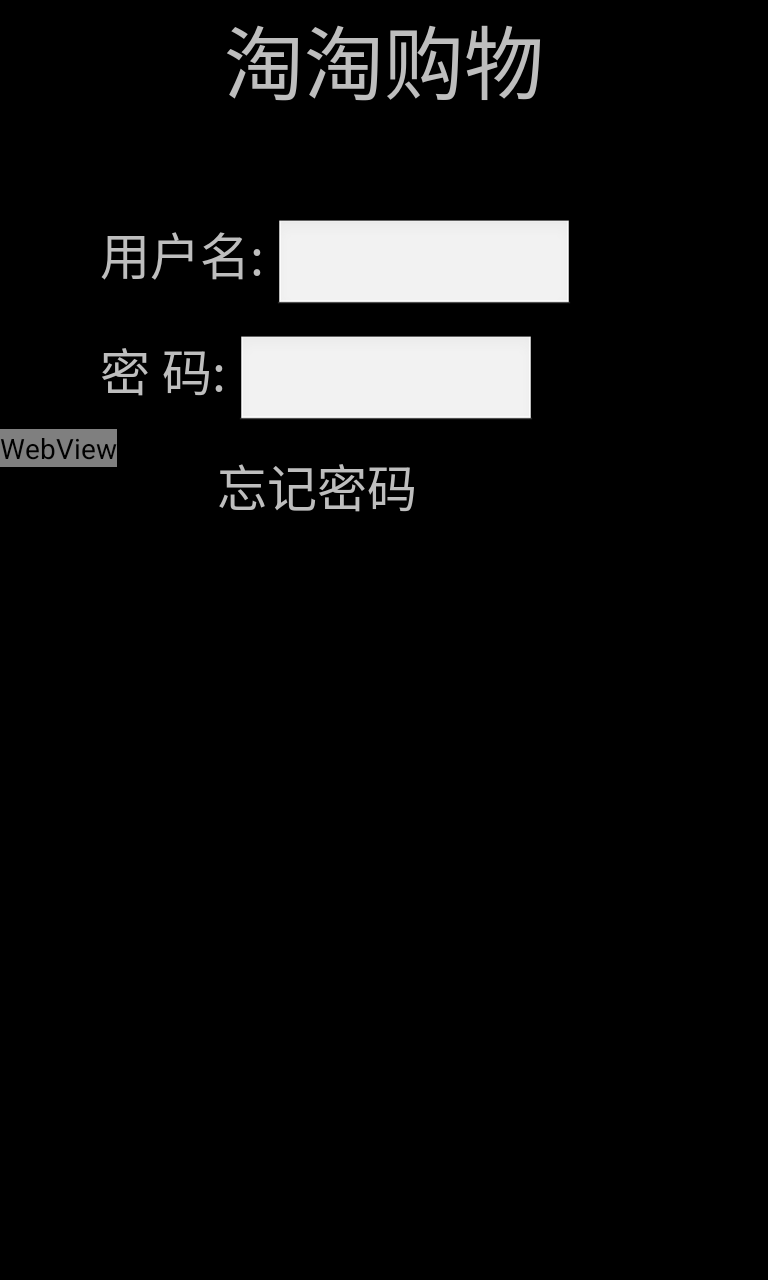
Repository: jcyfkimi/Android-TaoTao
Layout: TaoTao/res/layout/login.xml
An editor plug-in stored every save of this project. The layout is shown before and after the next save, followed by the edit.
Pictures or frames that could not be fetched are drawn as grey boxes. It is drawn on a 768 x 1280 px phone screen (xhdpi) without system bars, with theme android:Theme; the app's code is not run.

Above is the layout before, as saved 2011-09-13 06:17:53.

After the next save:
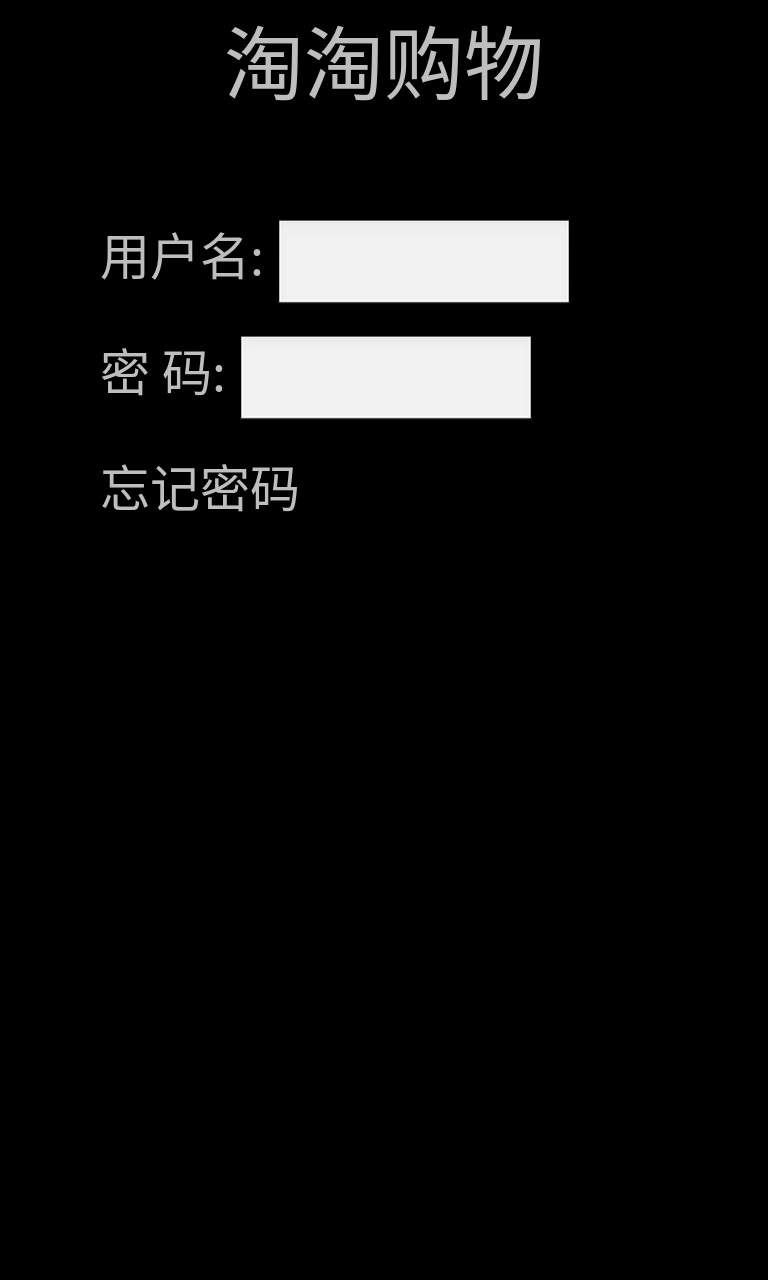
Saved 3 min 3 s later.
--- a/TaoTao/res/layout/login.xml
+++ b/TaoTao/res/layout/login.xml
@@ -52,11 +52,6 @@
 	    android:layout_width="wrap_content"
 	    android:layout_height="wrap_content"
 	    >
-	    <WebView android:id="@+id/web"
-	    	android:layout_width="wrap_content"
-	    	android:layout_height="wrap_content"
-	    	android:onClick="www.baidu.com"
-	    	/>
 	    <TextView android:layout_width="wrap_content"
 	    	android:layout_height="wrap_content"
 	    	android:layout_marginLeft="50dip"
